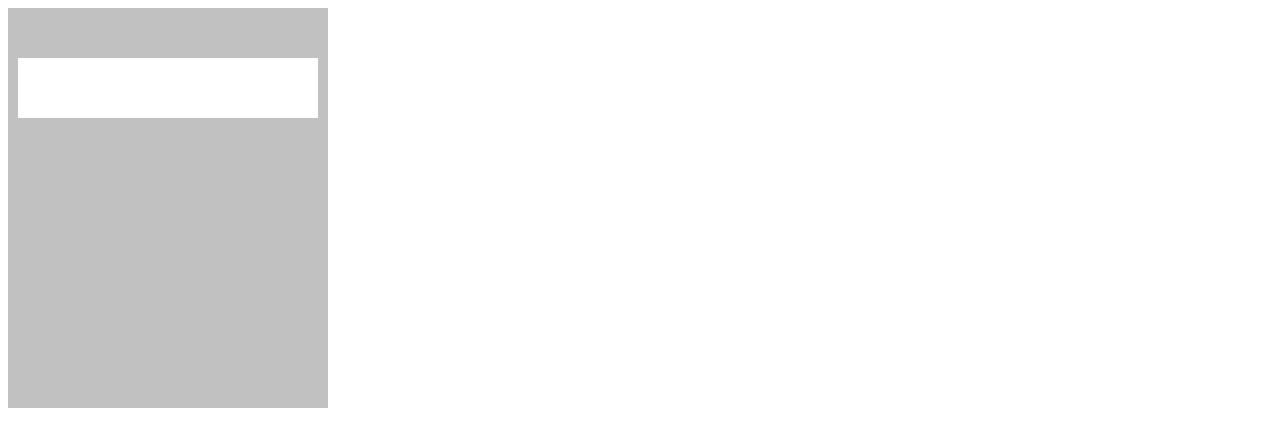
Repository: popll1/Pleiades
Page: http://localhost/jun29web/login.jsp
An editor plug-in stored every save of this project. The page is shown before and after the next save, followed by the edit.
The browser window is 1280 px wide. The pictures show the whole page.
The page is served by Tomcat 9.

Above is the page before, as saved 2023-06-29 06:23:28.

After the next save:
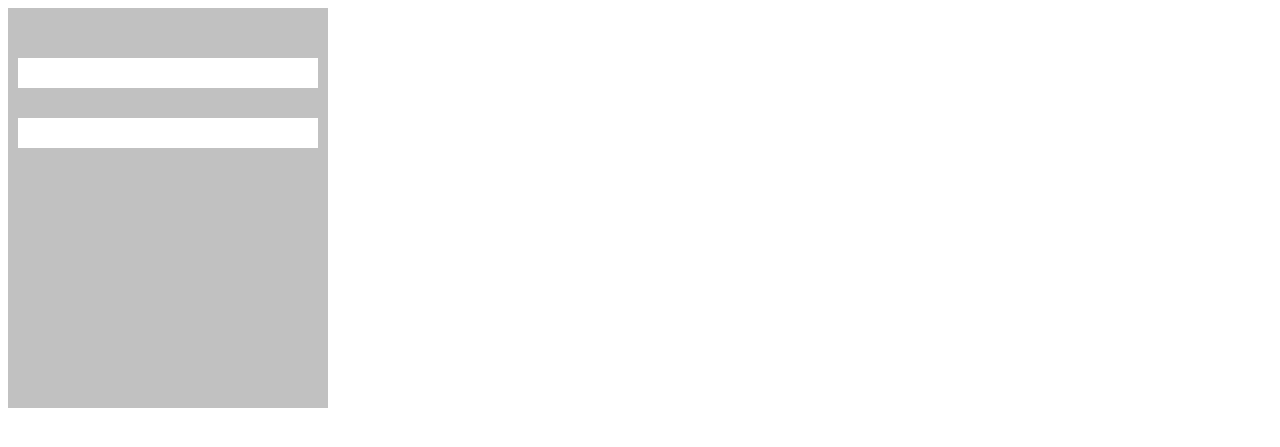
Saved 63 s later.
--- a/jun29web/src/main/webapp/login.jsp
+++ b/jun29web/src/main/webapp/login.jsp
@@ -12,7 +12,6 @@
  	width : 300px;
  	height : 300px;
  	padding: 50px 10px 50px 10px; //패딩은 내 영역에서 안쪽으로 여백줄때
- 	margin-bottom : 30px;
 }
 input {
  	padding:0;
@@ -21,6 +20,7 @@
  	 	width : 100%;
  	 	height : 30px;
  	text-align: center;
+ 	margin-bottom : 30px;
 
 
 

After the save that followed:
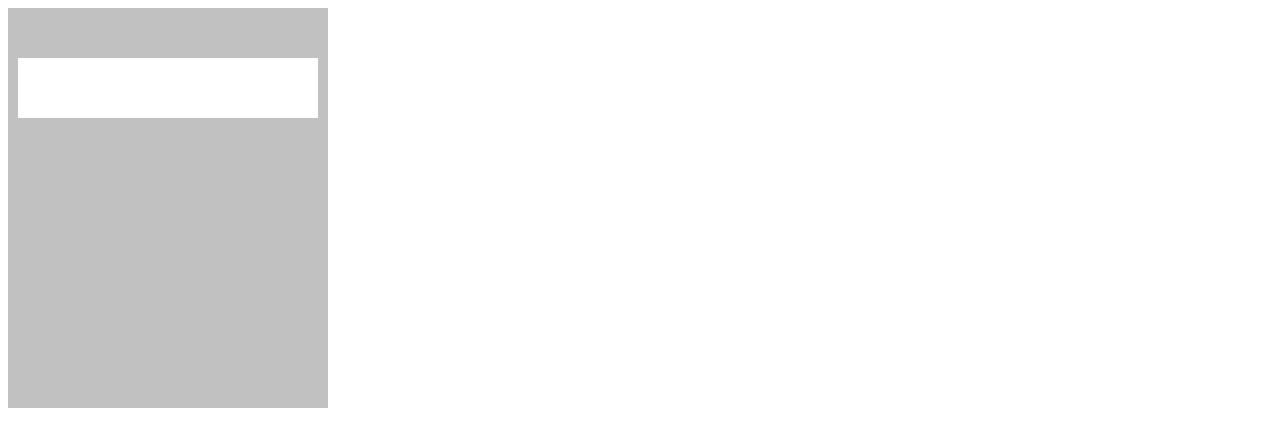
Saved 8 s later.
--- a/jun29web/src/main/webapp/login.jsp
+++ b/jun29web/src/main/webapp/login.jsp
@@ -12,6 +12,7 @@
  	width : 300px;
  	height : 300px;
  	padding: 50px 10px 50px 10px; //패딩은 내 영역에서 안쪽으로 여백줄때
+ 	margin-bottom : 30px;
 }
 input {
  	padding:0;
@@ -20,7 +21,6 @@
  	 	width : 100%;
  	 	height : 30px;
  	text-align: center;
- 	margin-bottom : 30px;
 
 
 
